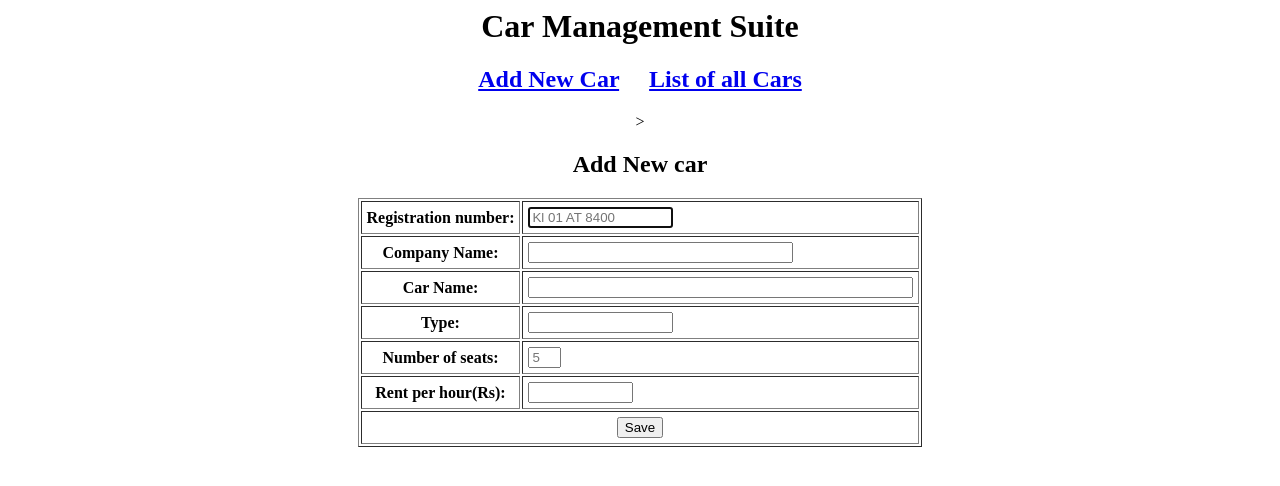
Repository: aforaswin/car-rental
Page: http://localhost/Car_Rental/edit
These files come from the project's save history. The page is drawn as it stood at one moment and after the next save; the edit follows.
The browser window is 1280 px wide. The pictures show the whole page.
The page is served by Tomcat 9. Queries for data that is not in the repository find no rows.

Above is the page before, as saved 2017-09-19 06:33:35.

After the next save:
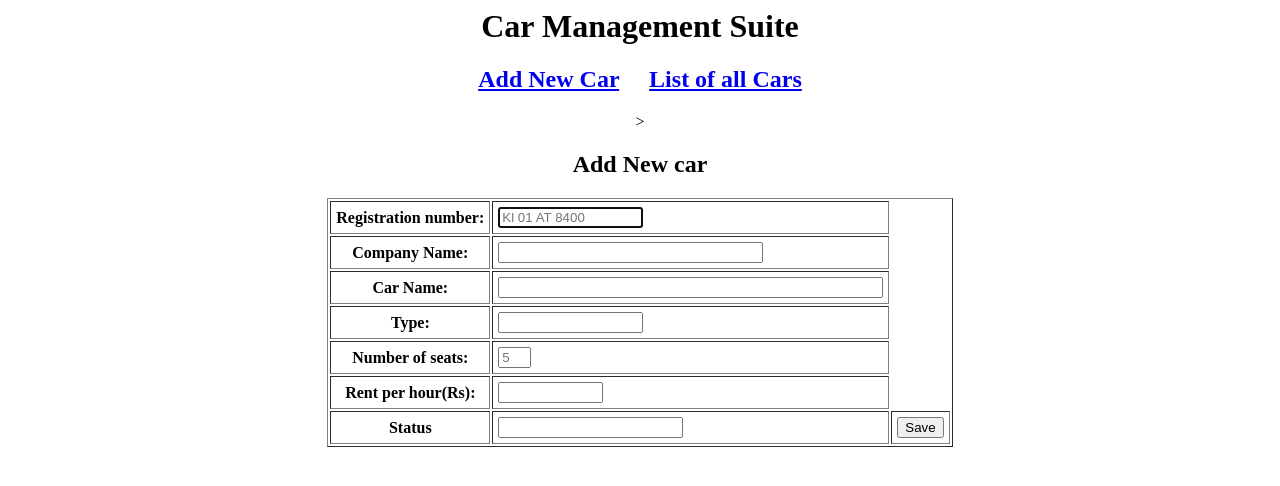
Saved 96 s later.
--- a/Car Rental/WebContent/CarForm.jsp
+++ b/Car Rental/WebContent/CarForm.jsp
@@ -85,6 +85,11 @@
                 </td>
             </tr>
             <tr>
+            <th>Status</th>
+            <td>
+            <input type="text" name="status" size="20"
+                            value="<c:out value='${car.status}' />"
+            <tr>
                 <td colspan="2" align="center">
                     <input type="submit" value="Save" />
                 </td>
